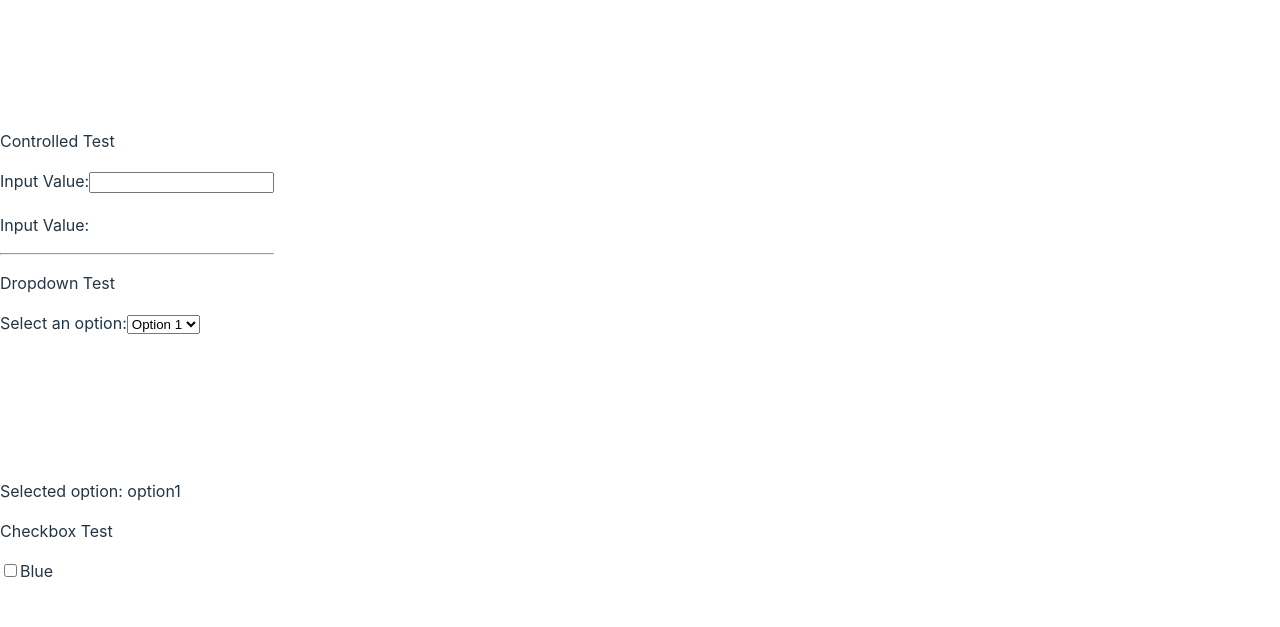
Repository: MariJafari/React-Form
Page: / (app in Desktop/Vite_jsx (3)/Vite_jsx/React Forms/)
These files come from the project's save history. The page is drawn as it stood at one moment and after a run of saves; the edit follows.
The browser window is 1280 px wide. The pictures show the whole page.
The project was rebuilt for these pictures with package versions that can differ from the ones it lists, and the page was loaded fresh each time. Also part of the build but not shown: Desktop/Vite_jsx (3)/Vite_jsx/React Forms/vite.config.js.

Above is the page before, as saved 2023-10-28 21:00:16.

After the next 3 saves:
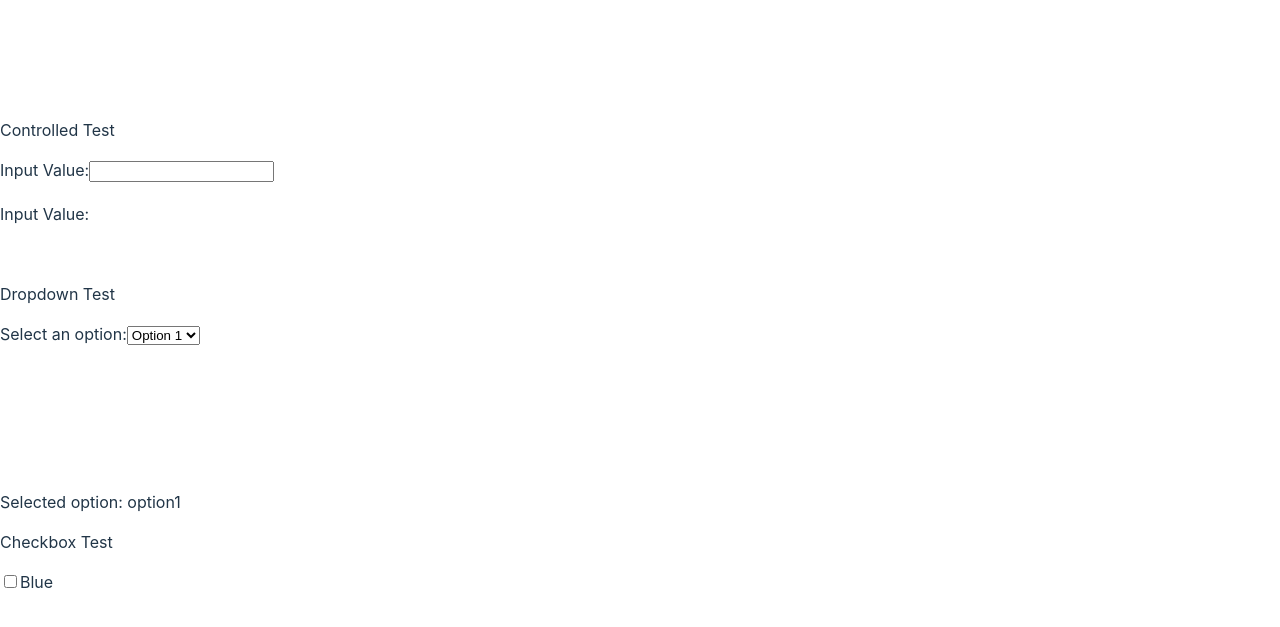
The 3 saves are shown as one change because 1 did not build or start and some came seconds apart.
The last was saved 17 s later.
--- a/Desktop/Vite_jsx (3)/Vite_jsx/React Forms/src/App.jsx
+++ b/Desktop/Vite_jsx (3)/Vite_jsx/React Forms/src/App.jsx
@@ -18,7 +18,7 @@ const App = () => {
  <div>
    <p>Controlled Test</p>
    {<ControlledComponent />}
-   <hr></hr>
+  <br />
    <p>Dropdown Test</p>
    {<Dropdown />}
    <p>Checkbox Test</p>
